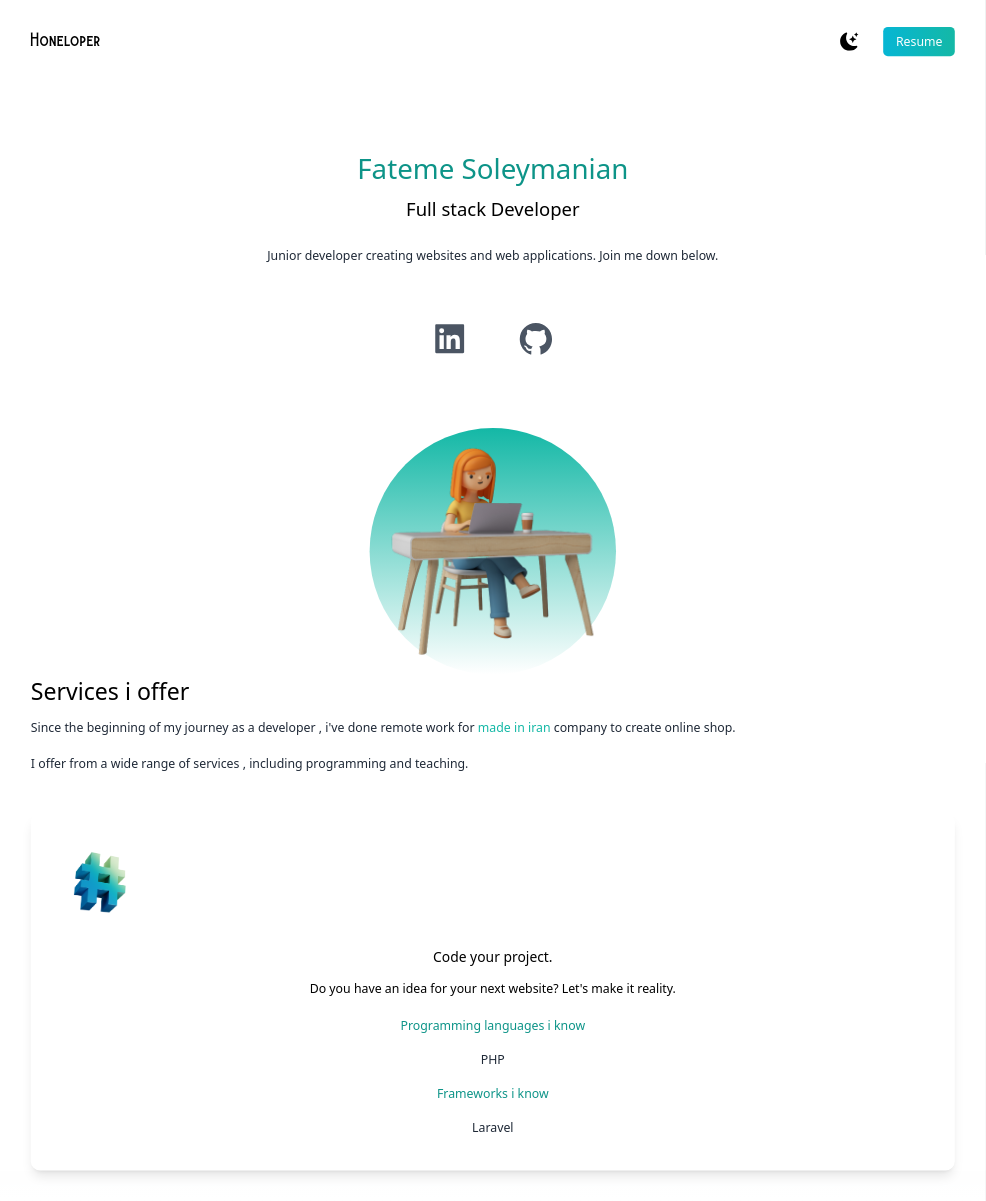
Repository: fatemesoleymanian/portfolio
Page: /
The author's editor kept a copy of each file at every save. The page is drawn from the files as they stood at one save, then again after the next save.
The browser window is 1280 px wide. The pictures show the whole page, at 77% of full size.
The project was rebuilt for these pictures with package versions that can differ from the ones it lists, and the page was loaded fresh each time. The framework's server and built-in components were replaced by stand-ins that run in the browser. Also part of the build but not shown: next.config.js.

Above is the page before, as saved 2023-03-10 15:52:04.

### pages/index.js
import Head from 'next/head'
import { BsFillMoonStarsFill } from 'react-icons/bs'
import { AiFillLinkedin, AiFillGithub } from 'react-icons/ai'
import Image from 'next/image'
import honeloper from '../public/honeloper3d.png'
import code from '../public/code.png'
export default function Home() {
  return (
    <>
      <Head>
        <title>My Portfolio</title>
        <meta name="description" content="Generated by create next app" />
        <meta name="viewport" content="width=device-width, initial-scale=1" />
        <link rel="icon" href="/favicon.ico" />
      </Head>
      <main className='bg-white px-10'>
        <section className="min-h-screen">
          <nav className='py-10 mb-12 flex justify-between'>
            <h1 className='text-xl font-burtons'>Honeloper</h1>
            <ul className='flex items-center'>
              <li>
                <BsFillMoonStarsFill className='cursor-pointer text-2xl' />
              </li>
              <li>
                <a className="bg-gradient-to-r from-cyan-500 to-teal-500 text-white px-4 py-2 rounded-md ml-8"
                  href="https://jobvision.ir/cv/97158940-111758">Resume</a>
              </li>
            </ul>
          </nav>
          <div className='text-center p-9'>
            <h2 className='text-4xl py-2 text-teal-600 font-medium'>
              Fateme Soleymanian</h2>
            <h3 className='text-2xl py-2'>Full stack Developer</h3>
            <p className='text-md py-5 leading-8 text-gray-800'>
              Junior developer creating websites and web applications. Join me down below.</p>
          </div>
          <div className='text-5xl flex  justify-center gap-16 py-3 text-gray-600'>
            <a href="https://www.linkedin.com/in/fateme-soleymanian-b2713a225">
              <AiFillLinkedin />  </a>
            <a href="https://github.com/fatemesoleymanian">
              <AiFillGithub />
            </a>
          </div>
          <div className='relative bg-gradient-to-b from-teal-500 rounded-full
          mx-auto md:w-80 md:h-80 mt-20'>
            <Image src={honeloper} alt="honeloper" />
          </div>
        </section>

        <section>
          <div>
            <h3 className='text-3xl py-1'>
              Services i offer
            </h3>
            <p className='text-md py-2 leading-8 text-gray-800'>
              Since the beginning of my journey as a developer , i've done remote work for
              <span className='text-teal-500'><a href="https://madein-iran.com"> made in iran </a></span> company to create online shop.
            </p>
            <p className='text-md py-2 leading-8 text-gray-800'>
              I offer from a wide range of services , including programming and teaching.
            </p>
          </div>
          <div>
            <div className='text-center shadow-lg p-10 rounded-xl my-10'>
              <Image src={code} width={100} height={100} />
              <h3 className='text-lg font-medium pt-8 pb-2'>
                Code your project.
              </h3>
              <p className='py-2'>Do you have an idea for your next website?
                Let's make it reality.</p>
              <div>
                <h4 className='py-4 text-teal-600'>Programming languages i know</h4>
                <p className='text-gray-800 py-1'>PHP</p>
              </div>
              <div>
                <h4 className='py-4 text-teal-600'>Frameworks i know</h4>
                <p className='text-gray-800 py-1'>Laravel</p>
              </div>
            </div>
          </div>
        </section>
      </main>
    </>
  )
}

### styles/globals.css
@tailwind base;
@tailwind components;
@tailwind utilities;
:root {
  --max-width: 1100px;
  --border-radius: 12px;
  --font-mono: ui-monospace, Menlo, Monaco, 'Cascadia Mono', 'Segoe UI Mono',
    'Roboto Mono', 'Oxygen Mono', 'Ubuntu Monospace', 'Source Code Pro',
    'Fira Mono', 'Droid Sans Mono', 'Courier New', monospace;

  --foreground-rgb: 0, 0, 0;
  --background-start-rgb: 214, 219, 220;
  --background-end-rgb: 255, 255, 255;

  --primary-glow: conic-gradient(
    from 180deg at 50% 50%,
    #16abff33 0deg,
    #0885ff33 55deg,
    #54d6ff33 120deg,
    #0071ff33 160deg,
    transparent 360deg
  );
  --secondary-glow: radial-gradient(
    rgba(255, 255, 255, 1),
    rgba(255, 255, 255, 0)
  );

  --tile-start-rgb: 239, 245, 249;
  --tile-end-rgb: 228, 232, 233;
  --tile-border: conic-gradient(
    #00000080,
    #00000040,
    #00000030,
    #00000020,
    #00000010,
    #00000010,
    #00000080
  );

  --callout-rgb: 238, 240, 241;
  --callout-border-rgb: 172, 175, 176;
  --card-rgb: 180, 185, 188;
  --card-border-rgb: 131, 134, 135;
}

@media (prefers-color-scheme: dark) {
  :root {
    --foreground-rgb: 255, 255, 255;
    --background-start-rgb: 0, 0, 0;
    --background-end-rgb: 0, 0, 0;

    --primary-glow: radial-gradient(rgba(1, 65, 255, 0.4), rgba(1, 65, 255, 0));
    --secondary-glow: linear-gradient(
      to bottom right,
      rgba(1, 65, 255, 0),
      rgba(1, 65, 255, 0),
      rgba(1, 65, 255, 0.3)
    );

    --tile-start-rgb: 2, 13, 46;
    --tile-end-rgb: 2, 5, 19;
    --tile-border: conic-gradient(
      #ffffff80,
      #ffffff40,
      #ffffff30,
      #ffffff20,
      #ffffff10,
      #ffffff10,
      #ffffff80
    );

    --callout-rgb: 20, 20, 20;
    --callout-border-rgb: 108, 108, 108;
    --card-rgb: 100, 100, 100;
    --card-border-rgb: 200, 200, 200;
  }
}

* {
  box-sizing: border-box;
  padding: 0;
  margin: 0;
}

html,
body {
  max-width: 100vw;
  overflow-x: hidden;
}

body {
  color: rgb(var(--foreground-rgb));
  background: linear-gradient(
      to bottom,
      transparent,
      rgb(var(--background-end-rgb))
    )
    rgb(var(--background-start-rgb));
}

a {
  color: inherit;
  text-decoration: none;
}

@font-face {
  font-family: "burtons";
  src: url('../public/Burtons.otf');
}

### tailwind.config.js
/** @type {import('tailwindcss').Config} */
module.exports = {
  content: [
    "./app/**/*.{js,ts,jsx,tsx}",
    "./pages/**/*.{js,ts,jsx,tsx}",
    "./components/**/*.{js,ts,jsx,tsx}",

  ],
  theme: {
    extend: {
      fontFamily:{
        burtons: "burtons",
      }
    },
  },
  plugins: [],
}

Loaded but not shown: pages/_app.js (common file); pages/_document.js (common file)

After the next save:
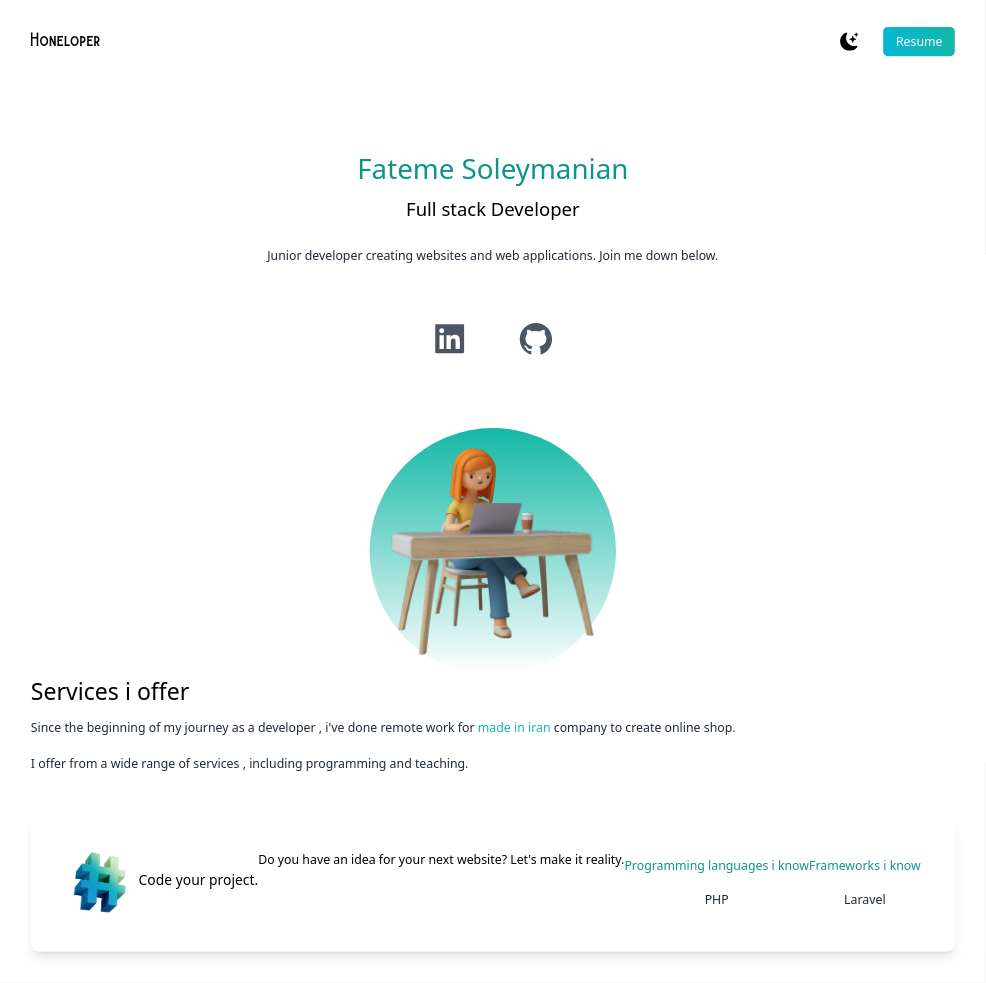
Saved 19 s later.
--- a/pages/index.js
+++ b/pages/index.js
@@ -61,7 +61,7 @@
             </p>
           </div>
           <div>
-            <div className='text-center shadow-lg p-10 rounded-xl my-10'>
+            <div className='text-center shadow-lg p-10 rounded-xl my-10 flex'>
               <Image src={code} width={100} height={100} />
               <h3 className='text-lg font-medium pt-8 pb-2'>
                 Code your project.

After the save that followed:
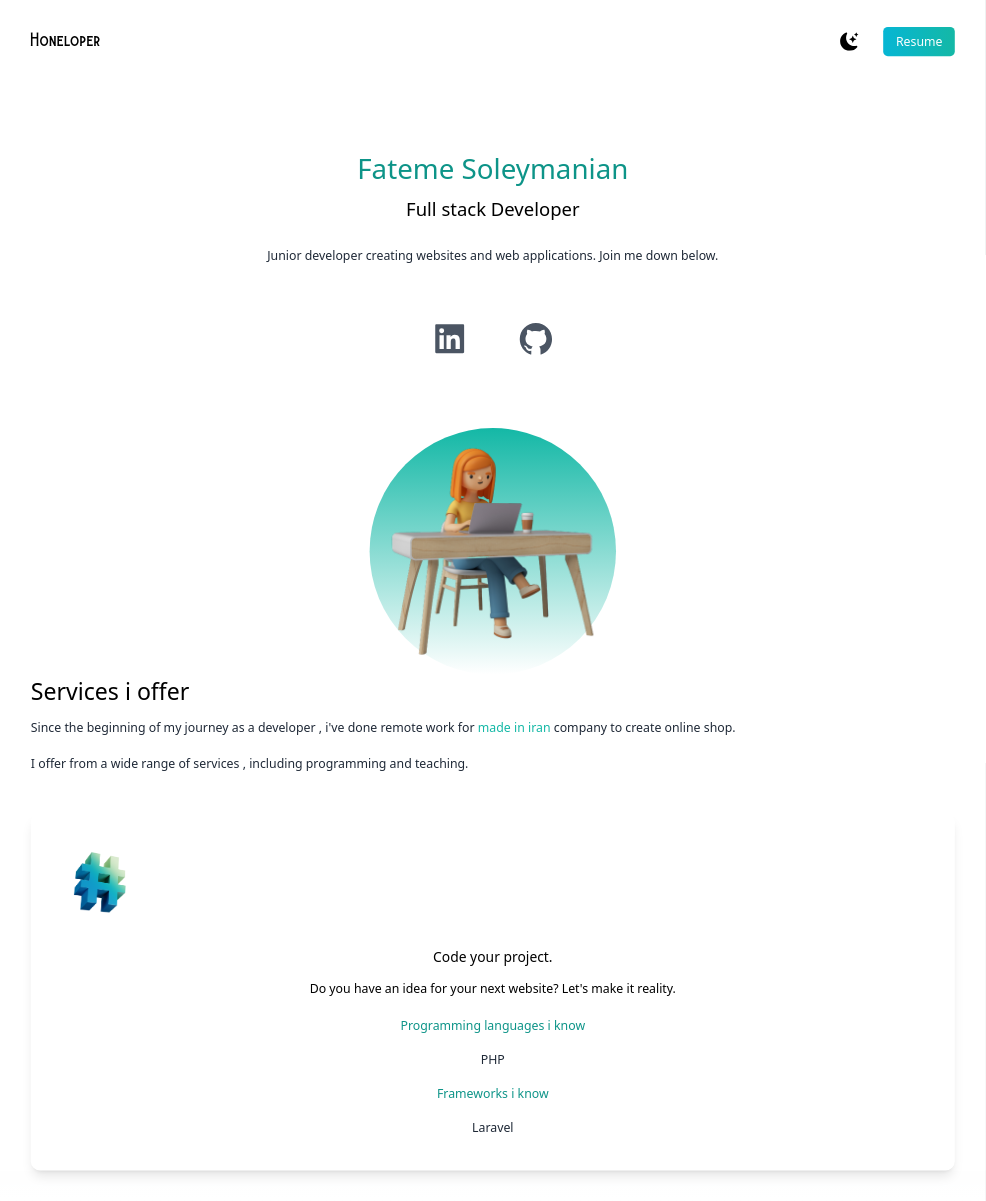
Saved 11 s later.
--- a/pages/index.js
+++ b/pages/index.js
@@ -61,7 +61,7 @@
             </p>
           </div>
           <div>
-            <div className='text-center shadow-lg p-10 rounded-xl my-10 flex'>
+            <div className='text-center shadow-lg p-10 rounded-xl my-10'>
               <Image src={code} width={100} height={100} />
               <h3 className='text-lg font-medium pt-8 pb-2'>
                 Code your project.
